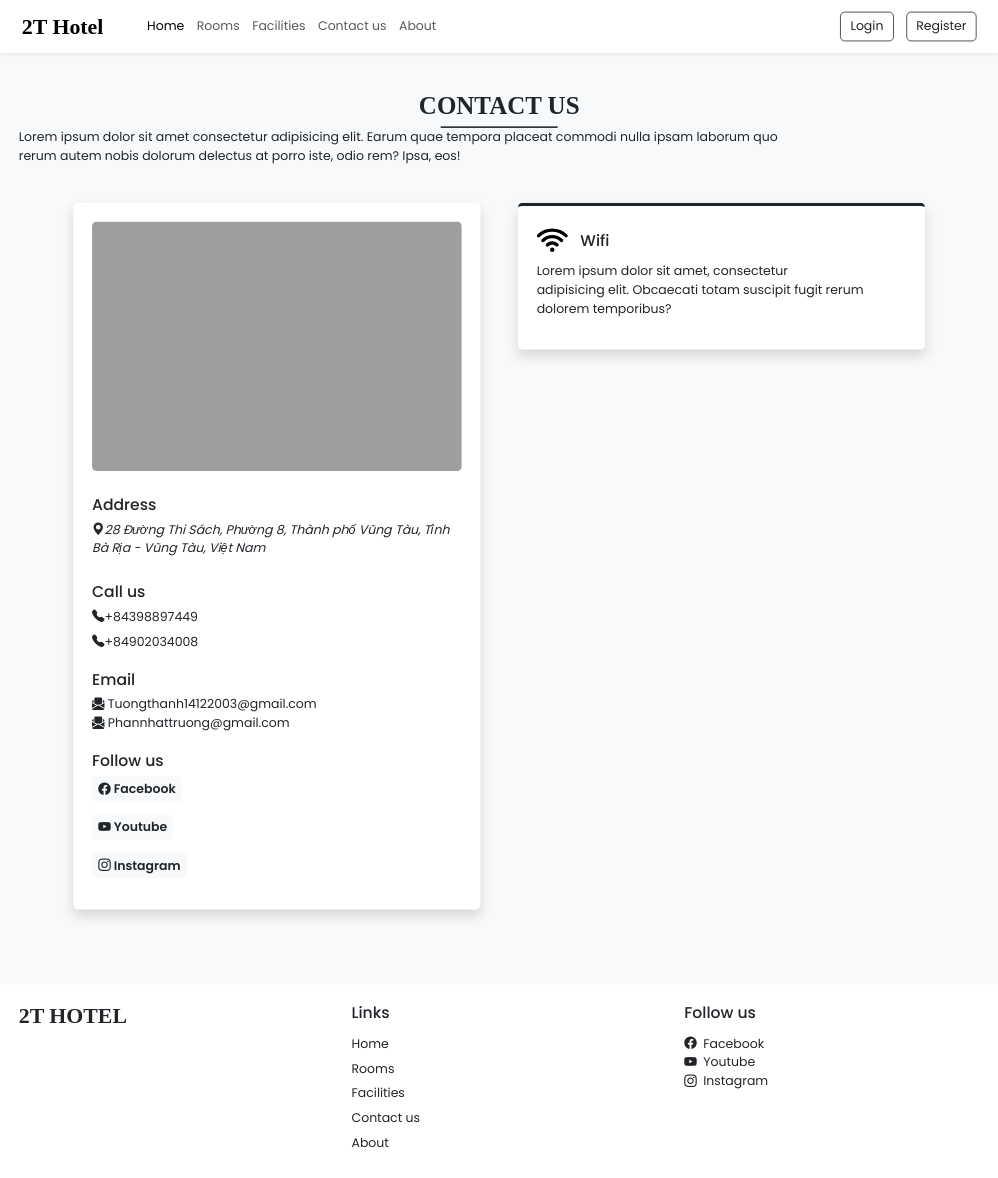
Repository: TaTongThanh2003/DoAnCoSo2024_BookingHotelWebsite
Page: http://localhost/WebsiteBookingHotel/contact.php
The author's editor kept a copy of each file at every save. The page is drawn from the files as they stood at one save, then again after the next save.
The browser window is 1280 px wide. The pictures show the whole page, at 78% of full size.
Pictures or frames that could not be fetched are drawn as grey boxes. Some web fonts or font styles are not loaded; a fallback is used. The page is run by PHP 8.4 with error messages shown; the project is at /var/www/html/.

Above is the page before, as saved 2024-03-22 14:47:50.

After the next save:
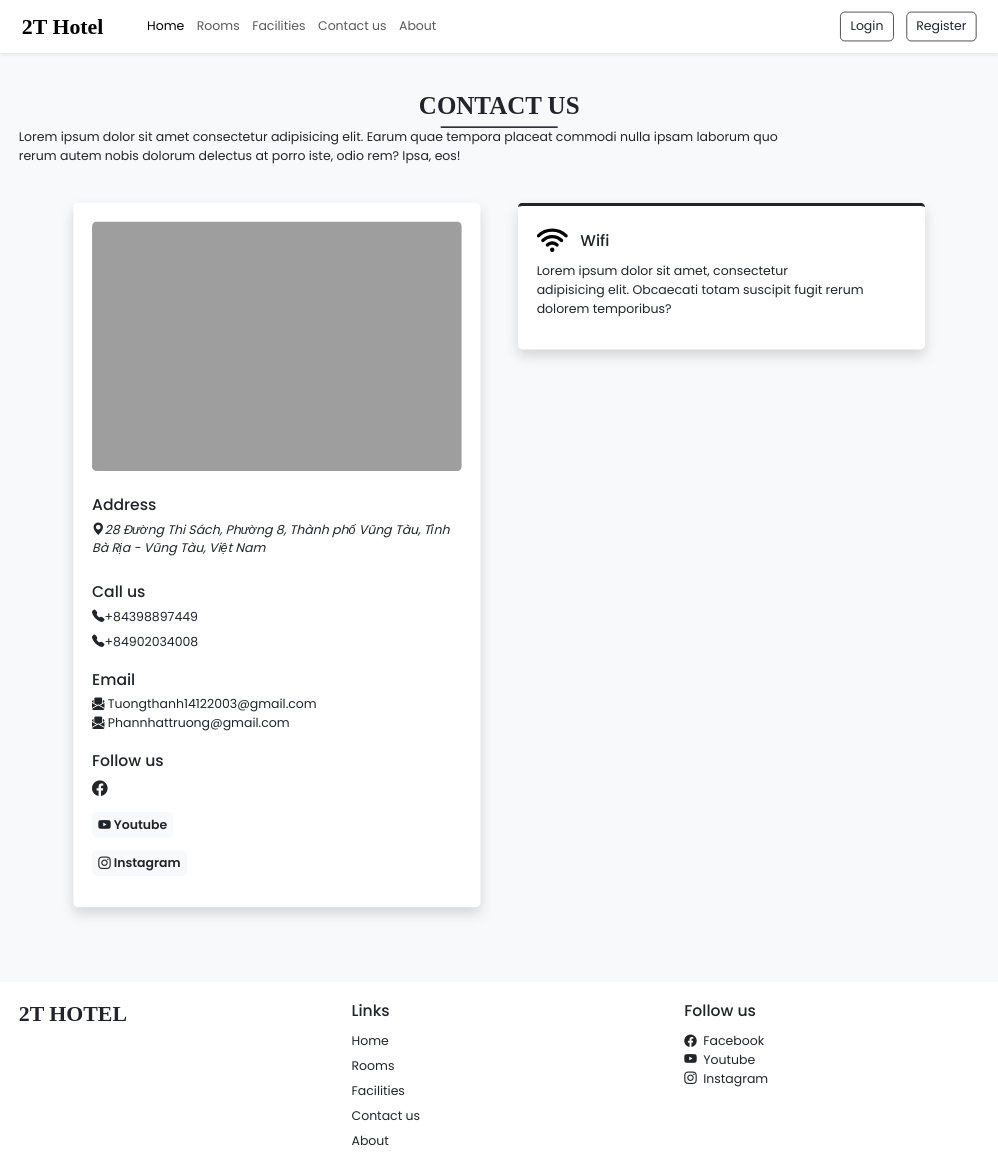
Saved 2 min 57 s later.
--- a/WebsiteBookingHotel/contact.php
+++ b/WebsiteBookingHotel/contact.php
@@ -63,10 +63,8 @@
                     <a href="MailTo: phannhattruong@gmail.com " class="d-inline-block text-decoration-none text-dark">
                         <i class="bi bi-envelope-paper-fill"> </i>Phannhattruong@gmail.com</a>
                     <h5 class="mt-4">Follow us</h5>
-                    <a href="#" class="d-inline-block mb-3">
-                        <span class="badge bg-light text-dark fs-6 p-2">
-                            <i class="bi bi-facebook"></i> Facebook
-                        </span>
+                    <a href="#" class="d-inline-block mb-3 text-dark fs-5 me-2">
+                        <i class="bi bi-facebook mi-1"></i>
                     </a>
                     <br>
                     <a href="#" class="d-inline-block mb-3">
